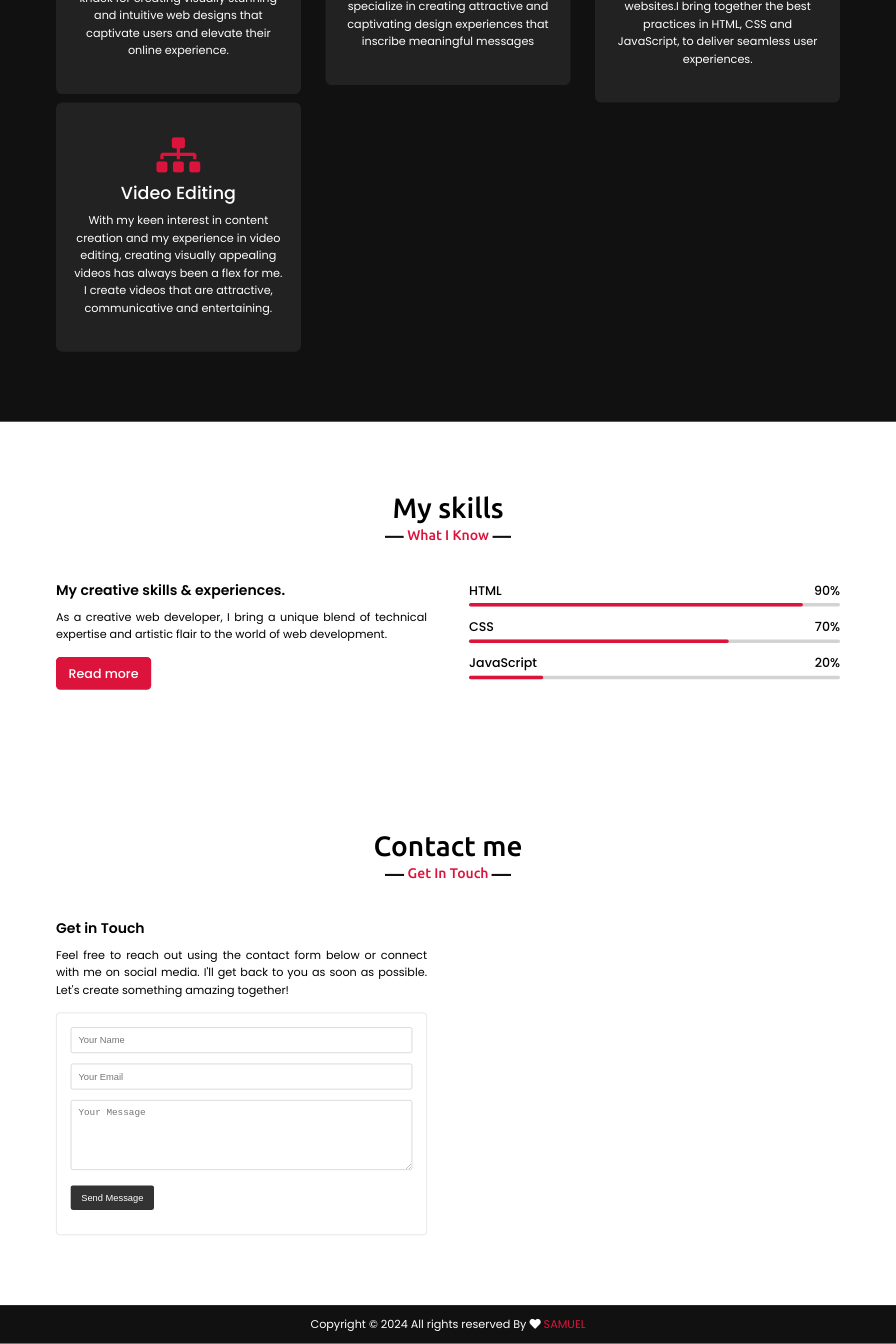
Repository: thedigitalwhizzy/JHF
Page: index.html
These files come from the project's save history. The page is drawn as it stood at one moment and after the next save; the edit follows.
The browser window is 1280 px wide. The pictures show the part of the page from y = 1938 to 3858 px (the page is 3858 px tall before and 3800 px after), at 70% of full size.
Backgrounds fixed to the window are drawn as part of the page.

Above is the page before, as saved 2024-06-22 15:18:45.

### index.html
<!DOCTYPE html>
<html lang="en">

<head>
  <meta charset="UTF-8">
  <title>Samuel | Portfolio</title>
  <link rel="stylesheet" href="style.css">
  <link rel="stylesheet" href="https://cdnjs.cloudflare.com/ajax/libs/font-awesome/5.15.3/css/all.min.css" />
  <script src="https://code.jquery.com/jquery-3.5.1.min.js"></script>
  <script src="https://cdnjs.cloudflare.com/ajax/libs/typed.js/2.0.11/typed.min.js"></script>
  <script src="https://cdnjs.cloudflare.com/ajax/libs/waypoints/4.0.1/jquery.waypoints.min.js"></script>
  <script src="https://cdnjs.cloudflare.com/ajax/libs/OwlCarousel2/2.3.4/owl.carousel.min.js"></script>
  <link rel="stylesheet" href="https://cdnjs.cloudflare.com/ajax/libs/OwlCarousel2/2.3.4/assets/owl.carousel.min.css" />
  <meta name="title" content="Samuel - Web Developer, Graphics designer, Freelancer, Content creator, Video editor, Photo editor" />
  <meta name="description" content="Samuel - Web Developer, Graphics designer, Freelancer, Content creator, Video editor, Photo editor" />
  <meta name="charset" content="UTF-8" />
  <meta name="viewport" content="width=device-width, initial-scale=1, minimum-scale=1, maximum-scale=1" />
  <meta name="robots" content="index, follow" />
  <meta name="googlebot" content="index, follow" />
  <meta name="revisit-after" content="1 days" />
  <meta http-equiv="X-UA-Compatible" content="IE=edge,chrome=1" />
  <meta http-equiv="Content-Language" content="en" />
  <meta property="og:title" content="Samuel - Web Developer, Graphics designer, Freelancer, Content creator, Video editor, Photo editor">
  <meta property="og:description" content="Samuel - Web Developer, Graphics designer, Freelancer, Content creator, Video editor, Photo editor">
  <meta property="og:locale" content="en_US">
  <meta property="og:type" content="website">
  <meta property="og:site_name" content="Samuel">
  <meta property="og:url" content="">
  <meta itemprop="image" content="rajuan.png">
  <meta property="og:image" content="rajuan.png">
  <meta property="og:image:secure_url" content="rajuan.png">
  <meta property="og:image:width" content="650">
  <meta property="og:image:height" content="350">
  <meta property="twitter:title" content="Samuel - Web Developer, Graphics designer, Freelancer, Content creator, Video editor, Photo editor">
  <meta property="twitter:description" content="Samuel - Web Developer, Graphics designer, Freelancer, Content creator, Video editor, Photo editor">
  <meta property="twitter:url" content="">
  <meta property="twitter:card" content="summary">
  <meta name="apple-mobile-web-app-status-bar" content="#202125">
  <link rel="canonical" href="">
  <link rel="alternate" hreflang="en" href="">
  <link rel="icon" href="icon.png" type="image/x-icon">
  <link rel="dns-prefetch" href="https://cdnjs.cloudflare.com/">
  <meta name="apple-mobile-web-app-status-bar" content="#202125">
</head>

<body>
  <div class="scroll-up-btn">
    <i class="fas fa-angle-up"></i>
  </div>
  <nav class="navbar">
    <div class="max-width">
      <div class="logo"><a href="https://instagram.com/izzy.blaize?igshid=OGY3MTU3OGY1Mw==">Sam<span>uel.</span></a></div>
        <div class="menu-btn">
        <i class="fas fa-bars"></i>
      </div>
    </div>
  </nav>

<body>


  <section class="home" id="home">
    <div class="max-width">
      <div class="home-content">
        <div class="text-1">Hello, My name is</div>
        <div class="text-2">Samuel</div>
        <div class="text-3">And I'm a web designer <span class="typing"></span></div>
        <a href="https://wa.link/4fl7y6">Hire me</a>
      </div>
    </div>
  </section>
  <section class="about" id="about">
    <div class="max-width">
      <h2 class="title">About me</h2>
      <div class="about-content">
        <div class="column left">
          <img src="rajuan.png">
        </div>
        <div class="column right">
          <div class="text">I'm Samuel and I'm a<span class="typing-2"></span></div>
          <p>Passionate programmer and web developer with expertise in front-end development. With a strong eye for design and a commitment to creating seamless user experiences, I specialize in crafting visually appealing appealing websites. Let's bring your ideas to life together!</p>
          <a href="read-more.html">Read More</a>
        </div>
      </div>
    </div>
  </section>
  <section class="services" id="services">
    <div class="max-width">
      <h2 class="title">My services</h2>
      <div class="serv-content">
        <div class="card">
          <div class="box">
            <i class="fas fa-paint-brush"></i>
            <div class="text">Web Design</div>
            <p>With a keen eye for aesthetics and a deep understanding of user-centered design principles, I have a knack for creating visually stunning and intuitive web designs that captivate users and elevate their online experience.</p>
          </div>
        </div>
        <div class="card">
          <div class="box">
            <i class="fas fa-gamepad"></i>
            <div class="text">Graphics Design</div>
            <p>Drawing from my passion for graphics and extensive knowledge of graphics design principles, I specialize in creating attractive and captivating design experiences that inscribe meaningful messages</p>
          </div>
        </div>
        <div class="card">
          <div class="box">
            <i class="fas fa-code"></i>
            <div class="text">Web Development</div>
            <p>With a solid foundation in web development technologies and a knack for problem-solving, I excel in crafting responsive and feature-rich websites.I bring together the best practices in HTML, CSS and JavaScript, to deliver seamless user experiences.</p>
          </div>
        </div>
        <div class="card">
          <div class="box">
            <i class="fas fa-sitemap"></i>
            <div class="text">Video Editing</div>
            <p>With my keen interest in content creation and my experience in video editing, creating visually appealing videos has always been a flex for me. I create videos that are attractive, communicative and entertaining.</p>
          </div>
        </div>
      </div>
    </div>
    </div>
  </section>
  <!-- skills section start -->
  <section class="skills" id="skills">
    <div class="max-width">
      <h2 class="title">My skills</h2>
      <div class="skills-content">
        <div class="column left">
          <div class="text">My creative skills & experiences.</div>
          <p>As a creative web developer, I bring a unique blend of technical expertise and artistic flair to the world of web development.</p>
          <a href="skills.html">Read more</a>
        </div>
        <div class="column right">
          <div class="bars">
            <div class="info">
              <span>HTML</span>
              <span>90%</span>
            </div>
            <div class="line html"></div>
          </div>
          <div class="bars">
            <div class="info">
              <span>CSS</span>
              <span>70%</span>
            </div>
            <div class="line css"></div>
          </div>
          <div class="bars">
            <div class="info">
              <span>JavaScript</span>
              <span>20%</span>
            </div>
            <div class="line js"></div>
          </div>
        </div>
      </div>
    </div>
  </section>
  <section class="contact" id="contact">
  <div class="max-width">
    <h2 class="title">Contact me</h2>
    <div class="contact-content">
      <div class="column left">
        <div class="text">Get in Touch</div>
        <p>Feel free to reach out using the contact form below or connect with me on social media. I'll get back to you as soon as possible. Let's create something amazing together!</p>
        <div class="icons">
          </div>

        <form action="submit-form.php" method="post" class="contact-form">
          <div class="form-field">
            <input type="text" name="name" id="name" placeholder="Your Name" required>
          </div>
          <div class="form-field">
            <input type="email" name="email" id="email" placeholder="Your Email" required>
          </div>
          <div class="form-field">
            <textarea name="message" id="message" placeholder="Your Message" rows="5" required></textarea>
          </div>
          <div class="form-field">
            <button type="submit">Send Message</button>
          </div>
        </form>
      </div>

      <div class="column right">
        </div>
    </div>
  </div>
</section>

  <footer>
    <span>Copyright © <script>
        document.write(new Date().getFullYear());
      </script> All rights reserved By <i class="fa fa-heart"></i> <a href="https://www.facebook.com/profile.php?id=61552224441534&mibextid=9idTr45qYp7jtedz">SAMUEL</a></p>
  </footer>
  <script src="script.js"></script>
  <script
  type="text/javascript"
  src="https://cdn.jsdelivr.net/npm/@emailjs/browser@4/dist/email.min.js">
</script>

</body>

</html>

Loaded but not shown: script.js (73 lines, source omitted); style.css (875 lines, source omitted)

After the next save:
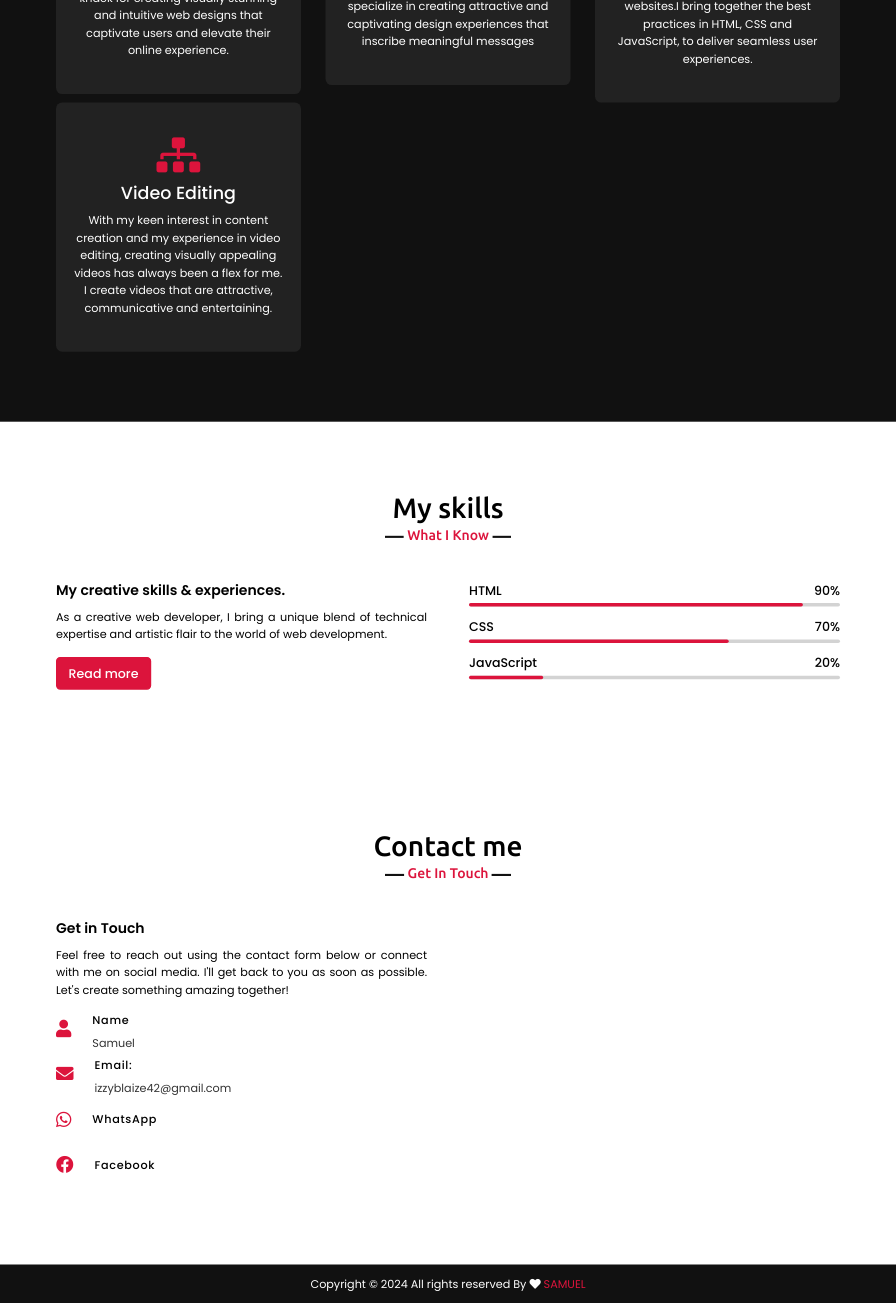
Saved 4 s later.
--- a/index.html
+++ b/index.html
@@ -156,38 +156,50 @@
       </div>
     </div>
   </section>
+  <!-- contact section start -->
   <section class="contact" id="contact">
-  <div class="max-width">
-    <h2 class="title">Contact me</h2>
-    <div class="contact-content">
-      <div class="column left">
-        <div class="text">Get in Touch</div>
-        <p>Feel free to reach out using the contact form below or connect with me on social media. I'll get back to you as soon as possible. Let's create something amazing together!</p>
-        <div class="icons">
-          </div>
-
-        <form action="submit-form.php" method="post" class="contact-form">
-          <div class="form-field">
-            <input type="text" name="name" id="name" placeholder="Your Name" required>
-          </div>
-          <div class="form-field">
-            <input type="email" name="email" id="email" placeholder="Your Email" required>
-          </div>
-          <div class="form-field">
-            <textarea name="message" id="message" placeholder="Your Message" rows="5" required></textarea>
-          </div>
-          <div class="form-field">
-            <button type="submit">Send Message</button>
-          </div>
-        </form>
-      </div>
-
-      <div class="column right">
-        </div>
-    </div>
-  </div>
-</section>
-
+    <div class="max-width">
+      <h2 class="title">Contact me</h2>
+      <div class="contact-content">
+        <div class="column left">
+          <div class="text">Get in Touch</div>
+          <p>Feel free to reach out using the contact form below or connect with me on social media. I'll get back to you as soon as possible. Let's create something amazing together!</p>
+          <div class="icons">
+            <div class="row">
+              <i class="fas fa-user"></i>
+              <div class="info">
+                <div class="head">Name</div>
+                <div class="sub-title">Samuel</div>
+              </div>
+            </div>
+            <div class="row">
+              <i class="fas fa-envelope"></i>
+              <div class="info">
+                <div class="head">Email:</div>
+                <div class="sub-title">izzyblaize42@gmail.com</div>
+              </div>
+            </div>
+            <div class="row">
+              <i class="fab fa-whatsapp"></i>
+              <div class="info">
+                <div class="head"><a style="color:#000" href="https://wa.link/4fl7y6">WhatsApp</a>
+                </div>
+              </div>
+            </div>
+            <div class="row">
+              <i class="fab fa-facebook"></i>
+              <div class="info">
+                <div class="head"><a style="color:black" href="https://www.facebook.com/profile.php?id=61552224441534&mibextid=9idTr45qYp7jtedz">Facebook</a></div>
+              </div>
+            </div>
+            </div>
+          </div>
+        </div>
+
+
+      </div>
+    </div>
+  </section>
   <footer>
     <span>Copyright © <script>
         document.write(new Date().getFullYear());
